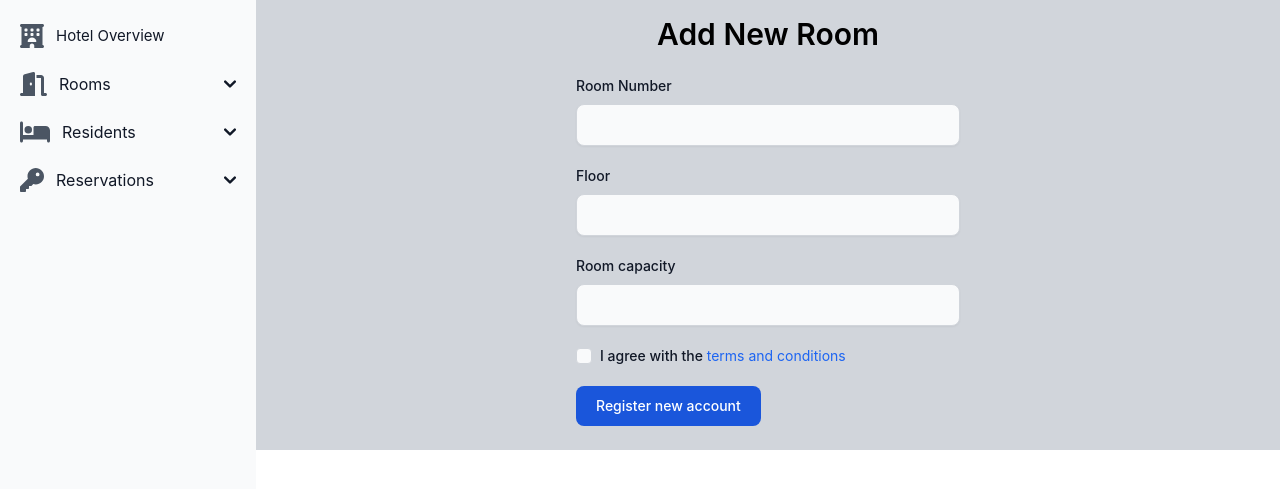
Repository: aggepap/hotelReservationsProj
Page: /rooms/add (app in admin-panel/)
The author's editor kept a copy of each file at every save. The page is drawn from the files as they stood at one save, then again after the next save.
The browser window is 1280 px wide. The pictures show the whole page.
The project was rebuilt for these pictures with package versions that can differ from the ones it lists, and the page was loaded fresh each time. Also part of the build but not shown: admin-panel/vite.config.ts, admin-panel/src/views/HomeView.vue.

Above is the page before, as saved 2025-01-19 15:55:13.

### admin-panel/index.html
<!DOCTYPE html>
<html lang="">
  <head>
    <meta charset="UTF-8" />
    <link rel="icon" href="/favicon.ico" />
    <meta name="viewport" content="width=device-width, initial-scale=1.0" />
    <title>Vite App</title>
  </head>
  <body>
    <div id="app"></div>
    <script type="module" src="/src/main.ts"></script>
  </body>
</html>

### admin-panel/src/main.ts
import "./assets/main.css";
import "primeicons/primeicons.css";
import "flowbite";

import { createApp } from "vue";
import App from "./App.vue";
import router from "./router";

const app = createApp(App);

app.use(router);

app.mount("#app");

### admin-panel/src/assets/main.css
@import "./base.css";
@tailwind base;
@tailwind components;
@tailwind utilities;

### admin-panel/src/App.vue
<script setup lang="ts">
import { RouterLink, RouterView } from "vue-router";
import { FontAwesomeIcon } from "@fortawesome/vue-fontawesome";
import { faDoorOpen } from "@fortawesome/free-solid-svg-icons";
import { faHotel } from "@fortawesome/free-solid-svg-icons";
import { faBed } from "@fortawesome/free-solid-svg-icons";
import { faKey } from "@fortawesome/free-solid-svg-icons";
</script>

<template>
  <button
    data-drawer-target="sidebar-multi-level-sidebar"
    data-drawer-toggle="sidebar-multi-level-sidebar"
    aria-controls="sidebar-multi-level-sidebar"
    type="button"
    class="inline-flex items-center p-2 mt-2 ms-3 text-sm text-gray-500 rounded-lg sm:hidden hover:bg-gray-100 focus:outline-none focus:ring-2 focus:ring-gray-200 dark:text-gray-400 dark:hover:bg-gray-700 dark:focus:ring-gray-600"
  >
    <span class="sr-only">Open sidebar</span>
    <svg
      class="w-6 h-6"
      aria-hidden="true"
      fill="currentColor"
      viewBox="0 0 20 20"
      xmlns="http://www.w3.org/2000/svg"
    >
      <path
        clip-rule="evenodd"
        fill-rule="evenodd"
        d="M2 4.75A.75.75 0 012.75 4h14.5a.75.75 0 010 1.5H2.75A.75.75 0 012 4.75zm0 10.5a.75.75 0 01.75-.75h7.5a.75.75 0 010 1.5h-7.5a.75.75 0 01-.75-.75zM2 10a.75.75 0 01.75-.75h14.5a.75.75 0 010 1.5H2.75A.75.75 0 012 10z"
      ></path>
    </svg>
  </button>
  <section class="flex flex-row justify-between items-center">
    <aside
      id="sidebar-multi-level-sidebar"
      class="fixed top-0 left-0 z-40 w-64 h-screen transition-transform -translate-x-full sm:translate-x-0"
      aria-label="Sidebar"
    >
      <div class="h-full px-3 py-4 overflow-y-auto bg-gray-50 dark:bg-gray-800">
        <ul class="space-y-2 font-medium">
          <li>
            <a
              href="#"
              class="flex items-center p-2 text-gray-900 rounded-lg dark:text-white hover:bg-gray-100 dark:hover:bg-gray-700 group"
            >
              <FontAwesomeIcon class="text-gray-600 text-2xl" :icon="faHotel" />
              <span class="ms-3">Hotel Overview</span>
            </a>
          </li>
          <li>
            <button
              type="button"
              class="flex items-center w-full p-2 text-base text-gray-900 transition duration-75 rounded-lg group hover:bg-gray-100 dark:text-white dark:hover:bg-gray-700"
              aria-controls="dropdown-rooms"
              data-collapse-toggle="dropdown-rooms"
            >
              <FontAwesomeIcon
                class="text-gray-600 text-2xl"
                :icon="faDoorOpen"
              />

              <span
                class="flex-1 ms-3 text-left rtl:text-right whitespace-nowrap"
                >Rooms</span
              >
              <svg
                class="w-3 h-3"
                aria-hidden="true"
                xmlns="http://www.w3.org/2000/svg"
                fill="none"
                viewBox="0 0 10 6"
              >
                <path
                  stroke="currentColor"
                  stroke-linecap="round"
                  stroke-linejoin="round"
                  stroke-width="2"
                  d="m1 1 4 4 4-4"
                />
              </svg>
            </button>
            <ul id="dropdown-rooms" class="hidden py-2 space-y-2">
              <li>
                <RouterLink
                  to="/rooms/add"
                  class="flex justify-start gap-2 items-start w-full p-2 text-gray-900 transition duration-75 rounded-lg pl-11 group hover:bg-gray-100 dark:text-white dark:hover:bg-gray-700"
                >
                  <i class="pi pi-plus pt-1"></i> Add new Room</RouterLink
                >
              </li>
            </ul>
          </li>
          <li>
            <button
              type="button"
              class="flex items-center w-full p-2 text-base text-gray-900 transition duration-75 rounded-lg group hover:bg-gray-100 dark:text-white dark:hover:bg-gray-700"
              aria-controls="dropdown-residents"
              data-collapse-toggle="dropdown-residents"
            >
              <FontAwesomeIcon class="text-gray-600 text-2xl" :icon="faBed" />

              <span
                class="flex-1 ms-3 text-left rtl:text-right whitespace-nowrap"
                >Residents</span
              >
              <svg
                class="w-3 h-3"
                aria-hidden="true"
                xmlns="http://www.w3.org/2000/svg"
                fill="none"
                viewBox="0 0 10 6"
              >
                <path
                  stroke="currentColor"
                  stroke-linecap="round"
                  stroke-linejoin="round"
                  stroke-width="2"
                  d="m1 1 4 4 4-4"
                />
              </svg>
            </button>
            <ul id="dropdown-residents" class="hidden py-2 space-y-2">
              <li>
                <a
                  href="#"
                  class="flex justify-start gap-2 items-start w-full p-2 text-gray-900 transition duration-75 rounded-lg pl-11 group hover:bg-gray-100 dark:text-white dark:hover:bg-gray-700"
                >
                  <i class="pi pi-plus pt-1"></i> Add a Resident</a
                >
              </li>
            </ul>
          </li>
          <li>
            <button
              type="button"
              class="flex items-center w-full p-2 text-base text-gray-900 transition duration-75 rounded-lg group hover:bg-gray-100 dark:text-white dark:hover:bg-gray-700"
              aria-controls="dropdown-reservations"
              data-collapse-toggle="dropdown-reservations"
            >
              <FontAwesomeIcon class="text-gray-600 text-2xl" :icon="faKey" />

              <span
                class="flex-1 ms-3 text-left rtl:text-right whitespace-nowrap"
                >Reservations</span
              >
              <svg
                class="w-3 h-3"
                aria-hidden="true"
                xmlns="http://www.w3.org/2000/svg"
                fill="none"
                viewBox="0 0 10 6"
              >
                <path
                  stroke="currentColor"
                  stroke-linecap="round"
                  stroke-linejoin="round"
                  stroke-width="2"
                  d="m1 1 4 4 4-4"
                />
              </svg>
            </button>
            <ul id="dropdown-reservations" class="hidden py-2 space-y-2">
              <li>
                <a
                  href="#"
                  class="flex justify-start gap-2 items-start w-full p-2 text-gray-900 transition duration-75 rounded-lg pl-11 group hover:bg-gray-100 dark:text-white dark:hover:bg-gray-700"
                >
                  <i class="pi pi-plus pt-1"></i> Add a Reservation</a
                >
              </li>
            </ul>
          </li>
        </ul>
      </div>
    </aside>

    <main class="flex items-start h-screen w-full pl-64">
      <div class="mx-auto w-full md:p-6 bg-gray-300 pt-12">
        <RouterView />
      </div>
    </main>
  </section>
</template>

### admin-panel/src/router/index.ts
import { createRouter, createWebHistory } from "vue-router";
import HomeView from "../views/HomeView.vue";
import AddRoomView from "@/views/roomviews/AddRoomView.vue";

const router = createRouter({
  history: createWebHistory(import.meta.env.BASE_URL),
  routes: [
    {
      path: "/",
      name: "home",
      component: HomeView,
    },
    {
      path: "/rooms/add",
      name: "addRoom",
      component: AddRoomView,
    },
    {
      path: "/about",
      name: "about",
      // route level code-splitting
      // this generates a separate chunk (About.[hash].js) for this route
      // which is lazy-loaded when the route is visited.
      component: () => import("../views/AboutView.vue"),
    },
  ],
});

export default router;

### admin-panel/src/views/roomviews/AddRoomView.vue
<script setup></script>

<template>
  <h2 class="text-black text-3xl text-center leading-5 font-semibold mb-8">
    Add New Room
  </h2>
  <form class="max-w-sm mx-auto">
    <div class="mb-5">
      <label
        for="newRoomNumber"
        class="block mb-2 text-sm font-medium text-gray-900 dark:text-white"
        >Room Number</label
      >
      <input
        type="number"
        id="newRoomNumber"
        class="shadow-sm bg-gray-50 border border-gray-300 text-gray-900 text-sm rounded-lg focus:ring-blue-500 focus:border-blue-500 block w-full p-2.5 dark:bg-gray-700 dark:border-gray-600 dark:placeholder-gray-400 dark:text-white dark:focus:ring-blue-500 dark:focus:border-blue-500 dark:shadow-sm-light"
        min="1"
        required
      />
    </div>
    <div class="mb-5">
      <label
        for="floorNumber"
        class="block mb-2 text-sm font-medium text-gray-900 dark:text-white"
        >Floor</label
      >
      <input
        type="number"
        id="floorNumber"
        class="shadow-sm bg-gray-50 border border-gray-300 text-gray-900 text-sm rounded-lg focus:ring-blue-500 focus:border-blue-500 block w-full p-2.5 dark:bg-gray-700 dark:border-gray-600 dark:placeholder-gray-400 dark:text-white dark:focus:ring-blue-500 dark:focus:border-blue-500 dark:shadow-sm-light"
        required
      />
    </div>
    <div class="mb-5">
      <label
        for="repeat-password"
        class="block mb-2 text-sm font-medium text-gray-900 dark:text-white"
        >Room capacity</label
      >
      <input
        type="password"
        id="roomCapacity"
        class="shadow-sm bg-gray-50 border border-gray-300 text-gray-900 text-sm rounded-lg focus:ring-blue-500 focus:border-blue-500 block w-full p-2.5 dark:bg-gray-700 dark:border-gray-600 dark:placeholder-gray-400 dark:text-white dark:focus:ring-blue-500 dark:focus:border-blue-500 dark:shadow-sm-light"
        required
      />
    </div>
    <div class="flex items-start mb-5">
      <div class="flex items-center h-5">
        <input
          id="terms"
          type="checkbox"
          value=""
          class="w-4 h-4 border border-gray-300 rounded bg-gray-50 focus:ring-3 focus:ring-blue-300 dark:bg-gray-700 dark:border-gray-600 dark:focus:ring-blue-600 dark:ring-offset-gray-800 dark:focus:ring-offset-gray-800"
          required
        />
      </div>
      <label
        for="terms"
        class="ms-2 text-sm font-medium text-gray-900 dark:text-gray-300"
        >I agree with the
        <a href="#" class="text-blue-600 hover:underline dark:text-blue-500"
          >terms and conditions</a
        ></label
      >
    </div>
    <button
      type="submit"
      class="text-white bg-blue-700 hover:bg-blue-800 focus:ring-4 focus:outline-none focus:ring-blue-300 font-medium rounded-lg text-sm px-5 py-2.5 text-center dark:bg-blue-600 dark:hover:bg-blue-700 dark:focus:ring-blue-800"
    >
      Register new account
    </button>
  </form>
</template>

### admin-panel/tailwind.config.js
/** @type {import('tailwindcss').Config} */
export default {
  content: [
    "./index.html",
    "./src/**/*.{vue,js,ts,jsx,tsx}",
    "./node_modules/flowbite/**/*.js",
  ],
  theme: {
    extend: {},
  },
  plugins: [require("flowbite/plugin")],
};

Loaded but not shown: admin-panel/src/assets/base.css (common file)

After the next save:
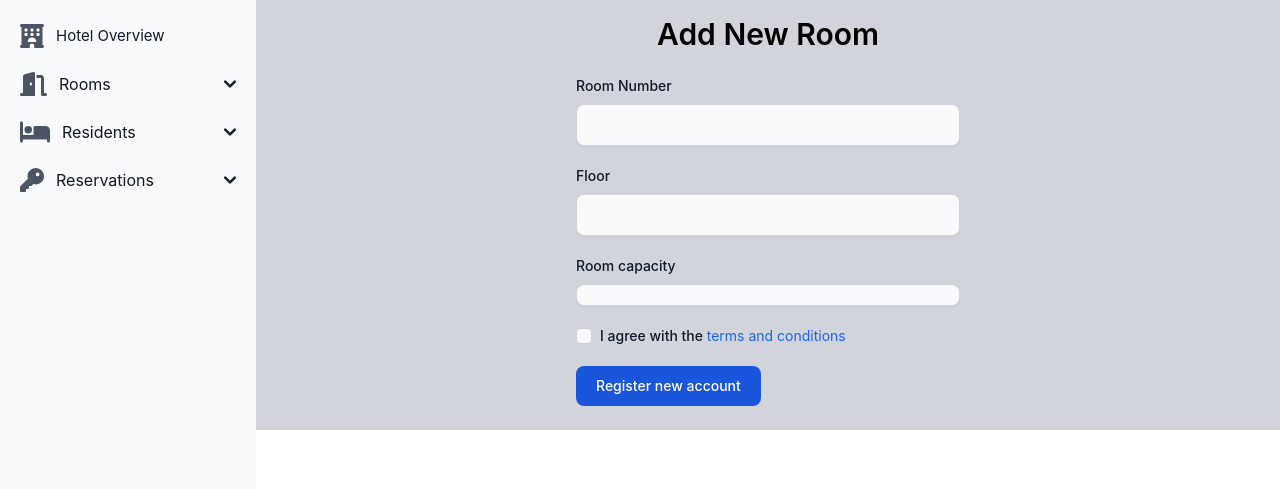
Saved 49 s later.
--- a/admin-panel/src/views/roomviews/AddRoomView.vue
+++ b/admin-panel/src/views/roomviews/AddRoomView.vue
@@ -38,12 +38,12 @@
         class="block mb-2 text-sm font-medium text-gray-900 dark:text-white"
         >Room capacity</label
       >
-      <input
-        type="password"
+      <option
+        type="se"
         id="roomCapacity"
         class="shadow-sm bg-gray-50 border border-gray-300 text-gray-900 text-sm rounded-lg focus:ring-blue-500 focus:border-blue-500 block w-full p-2.5 dark:bg-gray-700 dark:border-gray-600 dark:placeholder-gray-400 dark:text-white dark:focus:ring-blue-500 dark:focus:border-blue-500 dark:shadow-sm-light"
         required
-      />
+      ></option>
     </div>
     <div class="flex items-start mb-5">
       <div class="flex items-center h-5">

After the 2 saves that followed:
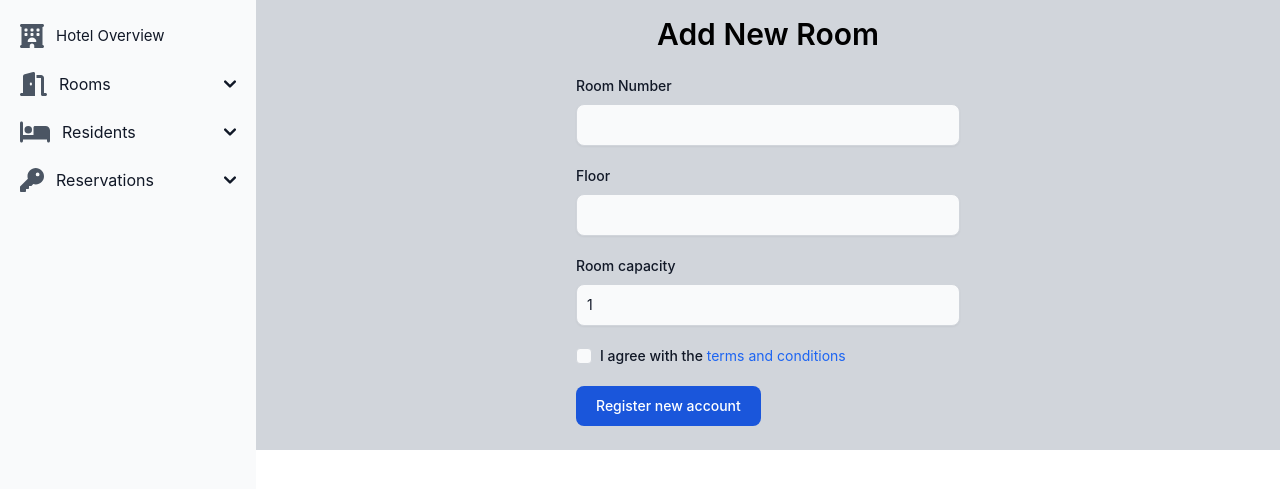
The 2 saves are shown as one change because 1 left the picture as it was.
The last was saved 19 s later.
--- a/admin-panel/src/views/roomviews/AddRoomView.vue
+++ b/admin-panel/src/views/roomviews/AddRoomView.vue
@@ -39,11 +39,13 @@
         >Room capacity</label
       >
       <option
-        type="se"
         id="roomCapacity"
         class="shadow-sm bg-gray-50 border border-gray-300 text-gray-900 text-sm rounded-lg focus:ring-blue-500 focus:border-blue-500 block w-full p-2.5 dark:bg-gray-700 dark:border-gray-600 dark:placeholder-gray-400 dark:text-white dark:focus:ring-blue-500 dark:focus:border-blue-500 dark:shadow-sm-light"
         required
-      ></option>
+      >
+        <select name="1" id="1"></select
+        >1
+      </option>
     </div>
     <div class="flex items-start mb-5">
       <div class="flex items-center h-5">
